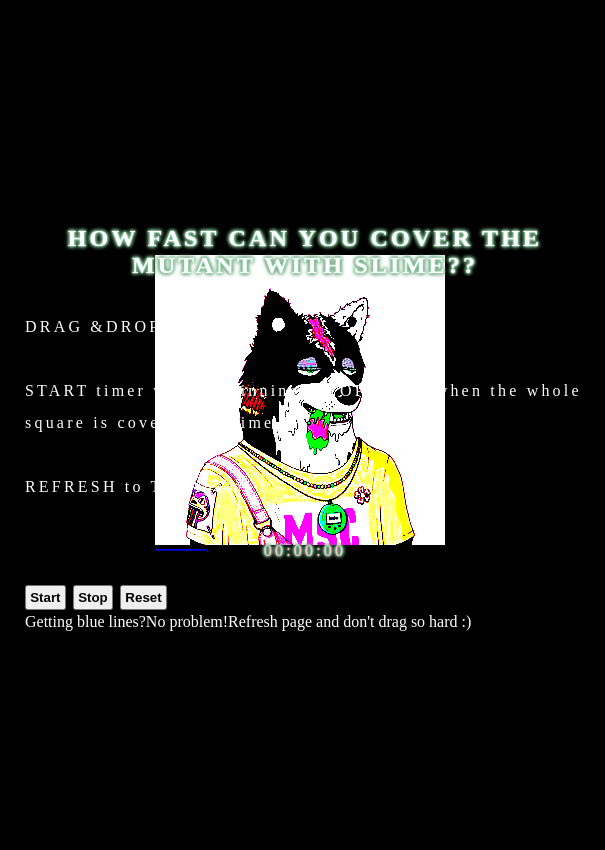
Repository: CSituma/MSCfanArt
Page: index.html
The author's editor kept a copy of each file at every save. The page is drawn from the files as they stood at one save, then again after the next save.
The browser window is 600 px wide. The page is 605 px wide, then 600 px, so the pictures cover 605 px, including what lies to the right of the window. The pictures show the whole page.
Some web libraries are served in a nearby version.

Above is the page before, as saved 2022-02-18 05:33:07.

### index.html
<!DOCTYPE html>
<html lang="en">
  <head>
    <meta charset="UTF-8" />
    <meta name="viewport" content="width=device-width, initial-scale=1.0" />
    <link rel="stylesheet" href="style.css" />
    <title>COLOR THE MUTANT SHIBA</title>
  </head>
  <body>
    <section class="MSC_Squad">
      <div class="container">
        <div class="Alpha">
          <div class="Berry"> </div>
          <div class="Gaba"></div>
          <div class="LordSlabs"></div>
        </div>
        <div class="headmods">
          <div class="Vikingz"></div>
          <div class="cam"></div>
          <div class="Krmblnuggs"></div>
          <div class="shotguntobi"></div>
        </div>
        <div class="mods">
          <div class="Obo">

          </div>
          <div class="Shucks"></div>
          <div clas="Ali"></div>
          <div clas="cawee"></div>
          <div clas="cheese"></div>
          <div clas="Happy"></div>
          <div clas="Jake"></div>
          <div clas="Jpegg"></div>
          <div clas="Kishu"></div>
          <div clas="Noah"></div>
          <div clas="Smarter"></div>
          <div clas="Tia"></div>
        </div>
      </div>
    </section>
    <div class="wrapper">
        <h2 class="glow">HOW FAST CAN YOU COVER THE MUTANT WITH SLIME??</h2>
        <p>DRAG &DROP SLIME!</p>
        <p>START timer when beginning, STOP  ONLY when the whole square is covered in slime.</p>
        <p>REFRESH to Try Again!</p>
        <p class="timer">
          <span class="mins">00</span>:<span class="seconds">00</span
          >:<span class="tens">00</span>
        </p>
        <br />
        <button class="btn-start">Start</button>
        <button class="btn-stop">Stop</button>
        <button class="btn-reset">Reset</button>
        <p class="disclaimer">Getting blue lines?No problem!Refresh page and don't drag so hard :)</p>
      </div>
    <script src="https://code.jquery.com/jquery-3.5.1.js"></script>
    <script src="/script.js"></script>
    <script src="https://code.jquery.com/ui/1.12.1/jquery-ui.js"></script>
    <script>
      $(function () {
        $(".container div").draggable();
      });
    </script>
  </body>
</html>

### style.css
* {
    margin: 0;
    padding: 0;
    box-sizing: border-box;
}

body{
    background-color: black;
}
section {
    width: 100%;
    height: 100vh;

    display: flex;
    align-items: center;
    background: url('Images/MSC.JPG') center no-repeat;
    filter: contrast(10);
    overflow: hidden;
    justify-content: center;
}

 .headmods div, .mods div{
    width: 140px;
    filter: blur(40px);
    height: 140px;
    background: green;
    display: inline-block;
    border-bottom-left-radius: 50px;
    border:none;
    outline:none;
    animation: animate 30s ease-in-out infinite;
}

.wrapper{
    filter: none;
    z-index:10000;
    animation: animate 20s ease-in-out infinite;
    height:100%;
    position: relative;
    top:-600px;
    letter-spacing: 0.2rem;
    box-shadow: 10px 10px  black;
    background-color: black;
    color:white;
    width: 300px;

    padding:20px;
}

.wrapper button{

    padding:0.2rem;
    color: black;
    font-weight:bold;
}
.wrapper p{
line-height: 2rem;
    margin-top:2rem;
}

.wrapper .disclaimer{
margin-top: 0;
letter-spacing: 0;
line-height: 1.5rem;
}


@keyframes animate {

    0% {
        margin: 10px;
    }

    20% {
        margin: -10px;
    }
    40% {
        margin: -20px;
    }
    60% {
        margin: -30px;
    }
    80% {
        margin: -10px;
    }

    100% {
        margin: 10px;
    }

}
@keyframes animate {

    0% {
        margin: 0px;
    }

    50% {
        margin: 10px;
    }



    100% {
        margin: 0px;
    }

}


.glow, .timer{

    color: #fff;
    text-align: center;
    -webkit-animation: glow 1s ease-in-out infinite alternate;
    -moz-animation: glow 1s ease-in-out infinite alternate;
    animation: glow 1s ease-in-out infinite alternate;
  }

  @keyframes glow {
    from {
      text-shadow: 0 0 1px #fff, 0 0 2px #fff, 0 0 2.5px #00e660, 0 0 3px #e60073, 0 0 3.5px #e60073, 0 0 4px #00e660ee, 0 0 4.5px #08f36a;
    }
    to {
      text-shadow: 0 0 2px #fff, 0 0 3px #00e660a2, 0 0 3.5px #00e660, 0 0 4px #ff4da6, 0 0 4.5px #ff4da6, 0 0 5px #00e6609c, 0 0 5.5px #00e660;
    }
  }

.timer{
    color:pink;
}

/* /////RESPOSIVENES/// */

@media screen and (max-width:870px) {

    section{margin-left:200px}
}

@media screen and (max-width:657px) {
    section{margin-left:0px}
    .wrapper{width:100%;
        height:2px;
   }


    .container{
        padding-top:3000px;
        margin-top: 500px;


    }
}

### script.js
let seconds = 00;
let tens = 00;
let mins = 00;
let getSeconds = document.querySelector(".seconds");
let getTens = document.querySelector(".tens");
let getMins = document.querySelector(".mins");
let btnStart = document.querySelector(".btn-start");
let btnStop = document.querySelector(".btn-stop");
let btnReset = document.querySelector(".btn-reset");
let interval;

btnStart.addEventListener("click", () => {
  clearInterval(interval);
  inverval = setInterval(startTimer, 10);
});
btnStop.addEventListener("click", () => {
  clearInterval(inverval);
});
btnReset.addEventListener("click", () => {
  clearInterval(inverval);
  tens = "00";
  seconds = "00";
  mins = "00";
  getSeconds.innerHTML = seconds;
  getTens.innerHTML = tens;
  getMins.innerHTML = mins;
});

function startTimer() {
  tens++;
  if (tens <= 9) {
    getTens.innerHTML = "0" + tens;
  }
  if (tens > 9) {
    getTens.innerHTML = tens;
  }
  if (tens > 99) {
    seconds++;
    getSeconds.innerHTML = "0" + seconds;
    tens = 0;
    getTens.innerHTML = "0" + 0;
  }
  if (seconds > 9) {
    getSeconds.innerHTML = seconds;
  }
  if (seconds > 59) {
    mins++;
    getMins.innerHTML = "0" + mins;
    seconds = 0;
    getSeconds.innerHTML = "0" + 0;
  }
  if (mins > 9) {
    getSeconds.innerHTML = mins;
  }
}

After the next save:
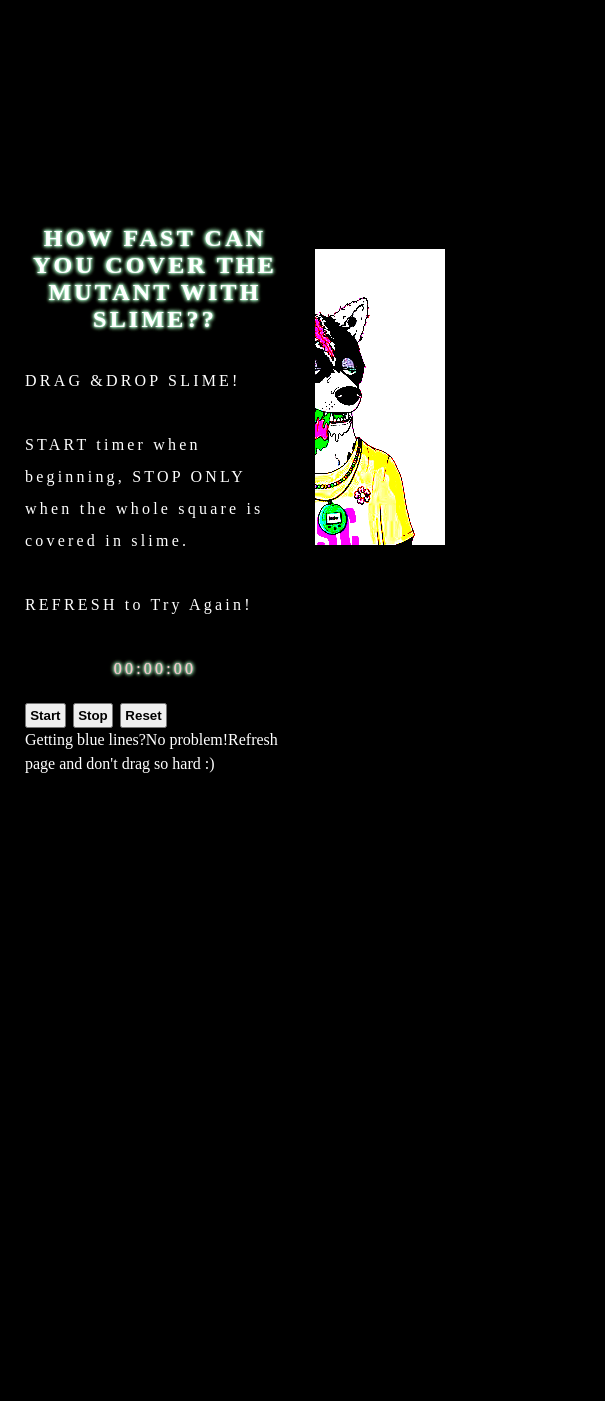
Saved 31 s later.
--- a/style.css
+++ b/style.css
@@ -139,10 +139,6 @@
 
 @media screen and (max-width:657px) {
     section{margin-left:0px}
-    .wrapper{width:100%;
-        height:2px;
-   }
-
 
     .container{
         padding-top:3000px;
